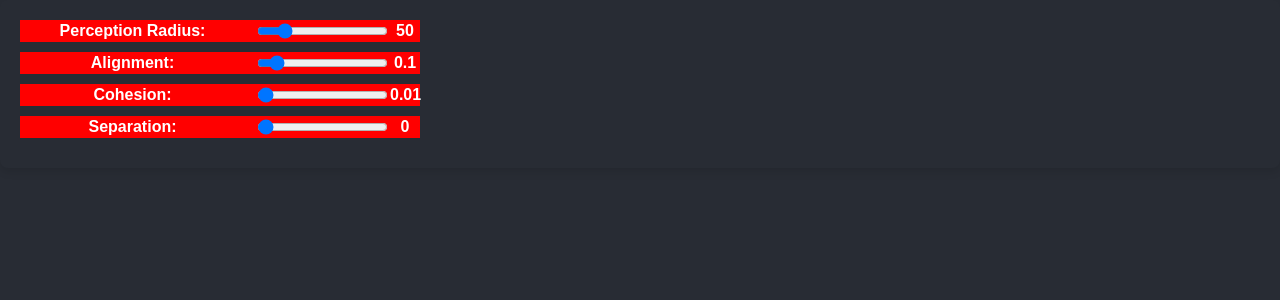
Repository: eltonsampaio12/boids
Page: index.html
These files come from the project's save history. The page is drawn as it stood at one moment and after the next save; the edit follows.
The browser window is 1280 px wide. The pictures show the whole page.

Above is the page before, as saved 2024-02-01 00:20:15.
Not found: main.ts

After the next save:
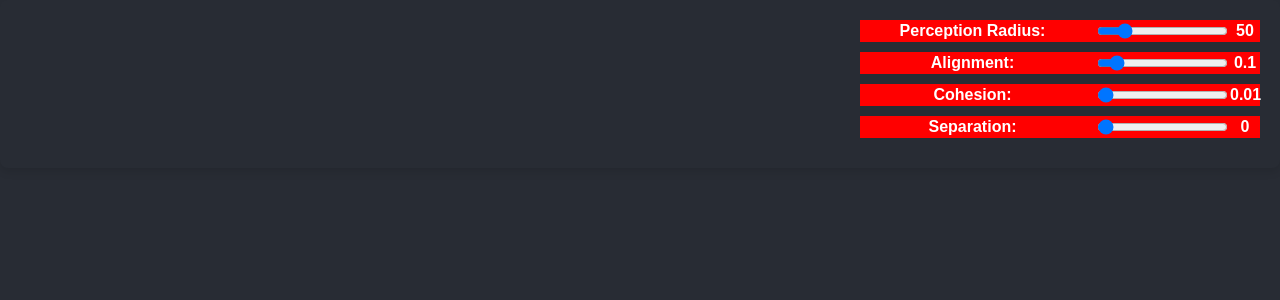
Saved 6 s later.
--- a/index.html
+++ b/index.html
@@ -18,6 +18,7 @@
         text-align: center;
         display: flex;
         flex-direction: column;
+        align-items: end;
       }
 
       .parameterParent {
